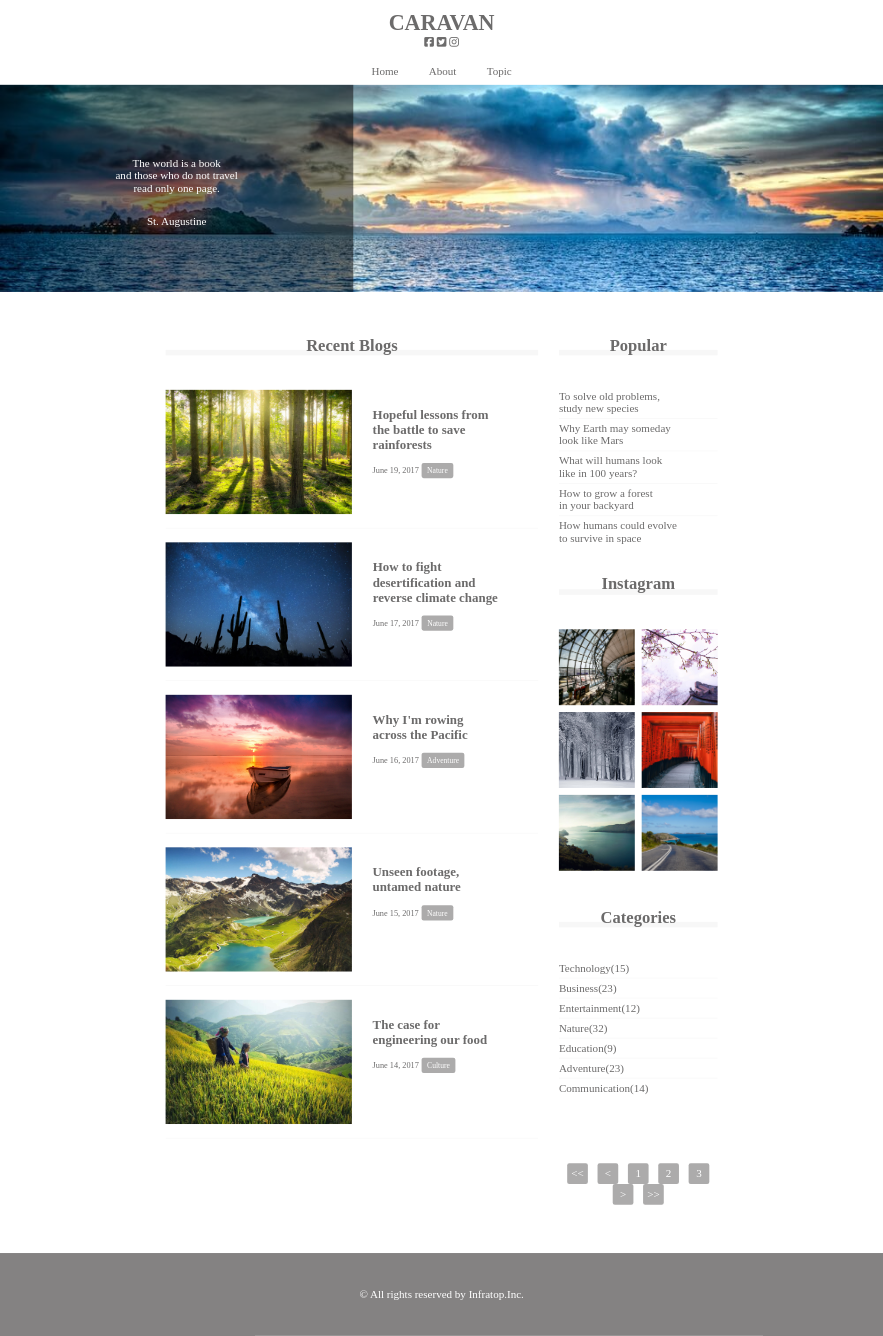
Repository: Hirotaka-DWC/dmm_webcamp_task_1
Page: caravan/index.html
The author's editor kept a record of every edit. The page is drawn from the files as they stood at one moment, then again after the next edit.
The browser window is 1280 px wide. The pictures show the whole page, at 69% of full size.
Some web libraries are served in a nearby version.

Above is the page before.

### caravan/index.html
<!DOCTYPE html>
<html lang="ja">
  <head>
    <meta charset="UTF-8" />
    <meta name="viewport" content="width=device-width,initial-scale=1.0">
    <script src="https://kit.fontawesome.com/d6fdb5c676.js" crossorigin="anonymous"></script>
    <!-- CSSファイルの読み込み -->
    <link rel="stylesheet" href="style.css" />
    <title>CARAVAN</title>
  </head>

  <body>
    <!-- header -->
    <header>
      <h1 class="heading">
        <a href="index.html">
          CARAVAN
        </a>
      </h1>
       <div class="social">
             <i class="fab fa-facebook-square"></i>
    <i class="fab fa-twitter-square"></i>
    <i class="fab fa-instagram"></i>
       </div>
    </header>
        <!-- navigation -->
    <nav>
      <ul class="nav-list">
        <li class="nav-list-item">
          <a href="index.html">Home</a>
        </li>
        <li class="nav-list-item">About</li>
        <li class="nav-list-item">Topic</li>
      </ul>
    </nav>
    <div class="main-visual">
      <div class="main-visual-content">
        <p class="main-visual-text">
          The world is a book<br />
          and those who do not travel<br />
          read only one page.
        </p>
        <p class="main-visual-name">
          St. Augustine
        </p>
      </div>
    </div>
    <main>
      <section class="blog">
        <h2 class="blog-heading">Recent Blogs</h2>
                        <div class="blog-box">
          <div class="blog-item">
            <img class="blog-image" src="img/forest.jpg" />
            <section class="blog-text">
              <h3 class="blog-text-heading">
                <a href="single.html">
                  Hopeful lessons from<br>
                  the battle to save<br>
                  rainforests
                </a>
              </h3>
              <p class="blog-date">June 19, 2017</p>
              <span class="category">Nature</span>
            </section>
          </div>
          <div class="blog-item">
            <img class="blog-image" src="img/desert.jpg" />
            <section class="blog-text">
              <h3 class="blog-text-heading">
                <a href="single.html">
                  How to fight<br>
                  desertification and<br>
                  reverse climate change
                </a>
              </h3>
              <p class="blog-date">June 17, 2017</p>
              <span class="category">Nature</span>
            </section>
          </div>
          <div class="blog-item">
            <img class="blog-image" src="img/sunset.jpg" />
            <section class="blog-text">
              <h3 class="blog-text-heading">
                <a href="single.html">
                  Why I'm rowing<br>
                  across the Pacific
                </a>
              </h3>
              <p class="blog-date">June 16, 2017</p>
              <span class="category">Adventure</span>
            </section>
          </div>
          <div class="blog-item">
            <img class="blog-image" src="img/italy.jpg" />
            <section class="blog-text">
              <h3 class="blog-text-heading">
                <a href="single.html">
                  Unseen footage,<br>
                  untamed nature
                </a>
              </h3>
              <p class="blog-date">June 15, 2017</p>
              <span class="category">Nature</span>
            </section>
          </div>
          <div class="blog-item">
            <img class="blog-image" src="img/asia.jpg" />
            <section class="blog-text">
              <h3 class="blog-text-heading">
                <a href="single.html">
                  The case for<br>
                  engineering our food
                </a>
              </h3>
              <p class="blog-date">June 14, 2017</p>
              <span class="category">Culture</span>
            </section>
          </div>
        </div>
      </section>
            <div class="sidebar">
        <section class="popular">
          <h2 class="popular-heading common-heading">Popular</h2>
          <div class="sidebar-contents">
            <p class="popular-text">To solve old problems,<br>study new species</p>
            <p class="popular-text">Why Earth may someday<br>look like Mars</p>
            <p class="popular-text">What will humans look<br>like in 100 years?</p>
            <p class="popular-text">How to grow a forest<br>in your backyard</p>
            <p class="popular-text">How humans could evolve<br>to survive in space</p>
          </div>
        </section>
        <section class="instagram">
          <h2 class="instagram-heading common-heading">Instagram</h2>
          <div class="sidebar-contents">
            <div class="instagram-box"></div>
            <div class="instagram-box"></div>
            <div class="instagram-box"></div>
            <div class="instagram-box"></div>
            <div class="instagram-box"></div>
            <div class="instagram-box"></div>
          </div>
        </section>
        <section class="categories">
          <h2 class="categories-heading common-heading">Categories</h2>
          <div class="sidebar-contents">
            <p class="categories-text">Technology(15)</p>
            <p class="categories-text">Business(23)</p>
            <p class="categories-text">Entertainment(12)</p>
            <p class="categories-text">Nature(32)</p>
            <p class="categories-text">Education(9)</p>
            <p class="categories-text">Adventure(23)</p>
            <p class="categories-text">Communication(14)</p>
          </div>
        </section>
        <div class="pagination">
          <p><<</p>
          <p><</p>
          <p>1</p>
          <p>2</p>
          <p>3</p>
          <p>></p>
          <p>>></p>
        </div>
      </div>
    </main>
    <footer>
      <p class="footer-text">© All rights reserved by Infratop.Inc.</p>
    </footer>
  </body>
</html>

### caravan/style.css
/* ブラウザがそれぞれ持っているCSSをリセットするための記述 */
* {
  margin: 0;
  padding: 0;
  box-sizing: border-box;
  color: #6c6b6b;
}

a {
  text-decoration: none;
}

header {
  width: 90%; /* 横幅90% */
  padding: 15px 0;
  margin: 0 auto;
  text-align: center;
}

header .heading { /* headerタグ内のheadingクラスにのみ反映される */
  font-size: 32px;
}

.nav-list {
  text-align: center;
  padding: 10px 0;
  margin: 0 auto;
}

.nav-list-item {
  list-style: none;
  display: inline-block;
  margin: 0 20px;
}

.main-visual {
  width: 100%; /* 横幅いっぱい */
  height: 300px; /* 高さ300px */
  background-image: url(img/mv.jpg);
  background-size: cover; /* 縦横比を維持したまま背景領域を埋め尽くす */
  background-position: center; /* 背景画像を中央に配置 */
}

.main-visual-content {
  width: 40%; /* 横幅40% */
  height: 300px; /* 親の高さに揃える */
  background-color: rgba( 0, 0, 0, 0.5); /* 背景色を半透明の黒にする */
  padding-top: 105px; /* 上側の内側余白で垂直方向の位置を調整 */
  text-align: center;
}

.main-visual-text {
  color: #fff; /* 文字色を白に変更 */
}

.main-visual-name {
  margin-top: 30px; /* 上側の外側の余白 */
  color: #fff; /* 文字色を白に変更 */
}

main {
  width: 800px; /* 横幅800px */
  display: flex; /* Flexboxの利用 */
  justify-content: center; /* 要素の横並び・中央寄せ */
  margin: 0 auto; /* 要素の中央揃え */
  padding: 70px 0; /* 上下に70px、左右に0pxの内側余白 */
}

.blog {
  width: 540px;
  margin-right: 30px; /* 領域の右側余白 */
}

.blog-heading {
  border-bottom: 8px solid #f7f7f7;
  text-align: center;
  line-height: 0.6;
}

.blog-box {
  padding-top: 50px;
}

.blog-item {
  padding-bottom: 20px;
  margin-bottom: 20px;
  border-bottom: 1px solid #f7f7f7;
  display: flex;
  justify-content: flex-start;
}

.blog-image {
  height: 180px;
}

.blog-text {
  padding: 25px 0 0 30px;
}

.blog-text-heading {
  padding-bottom: 15px;
}

.blog-date {
  font-size: 12px;
  display: inline-block;
}

.category {
  display: inline-block;
  padding: 5px 8px;
  background-color: #acabab;
  border-radius: 3px;
  color: #fff;
  font-size: 11px;
}

.sidebar {
  width: 230px;
}

.common-heading {
  border-bottom: 8px solid #f7f7f7;
  text-align: center;
  line-height: 0.6;
}

.sidebar-contents {
  padding: 50px 0;
}

.popular-text,
.categories-text {
  padding-bottom: 5px;
  border-bottom: 1px solid #f7f7f7;
  margin-bottom: 5px;
}

.popular-text:last-child,
.categories-text:last-child {
  margin: 0;
  padding: 0;
  border: none;
}

.instagram .sidebar-contents {
  display: flex;
  flex-wrap: wrap;
}

.instagram-box {
  width: 110px;
  padding-top: 110px;
  background-size: cover;
  background-position: center;
  margin-bottom: 10px;
}

.instagram-box:nth-child(odd) {
  margin: 0 10px 10px 0;
}

.instagram-box:nth-child(1) {
  background-image: url(img/airport.jpg);
}

.instagram-box:nth-child(2) {
  background-image: url(img/japan.jpg);
}

.instagram-box:nth-child(3) {
  background-image: url(img/snow.jpg);
}

.instagram-box:nth-child(4) {
  background-image: url(img/japan2.jpg);
}

.instagram-box:nth-child(5) {
  background-image: url(img/lake.jpg);
}

.instagram-box:nth-child(6) {
  background-image: url(img/road.jpg);
}

.pagination {
  text-align: center;
  padding-top: 50px;
}

.pagination p {
  display: inline-block;
  width: 30px;
  height: 30px;
  margin: 0 5px;
  color: #fff;
  background-color: #acabab;
  border-radius: 3px;
  line-height: 30px;
}

footer {
  width: 100%;
  height: 120px;
  text-align: center;
  line-height: 120px;
  background-color: #848282;
}

.footer-text {
  color: #fff;
}

After the next edit:
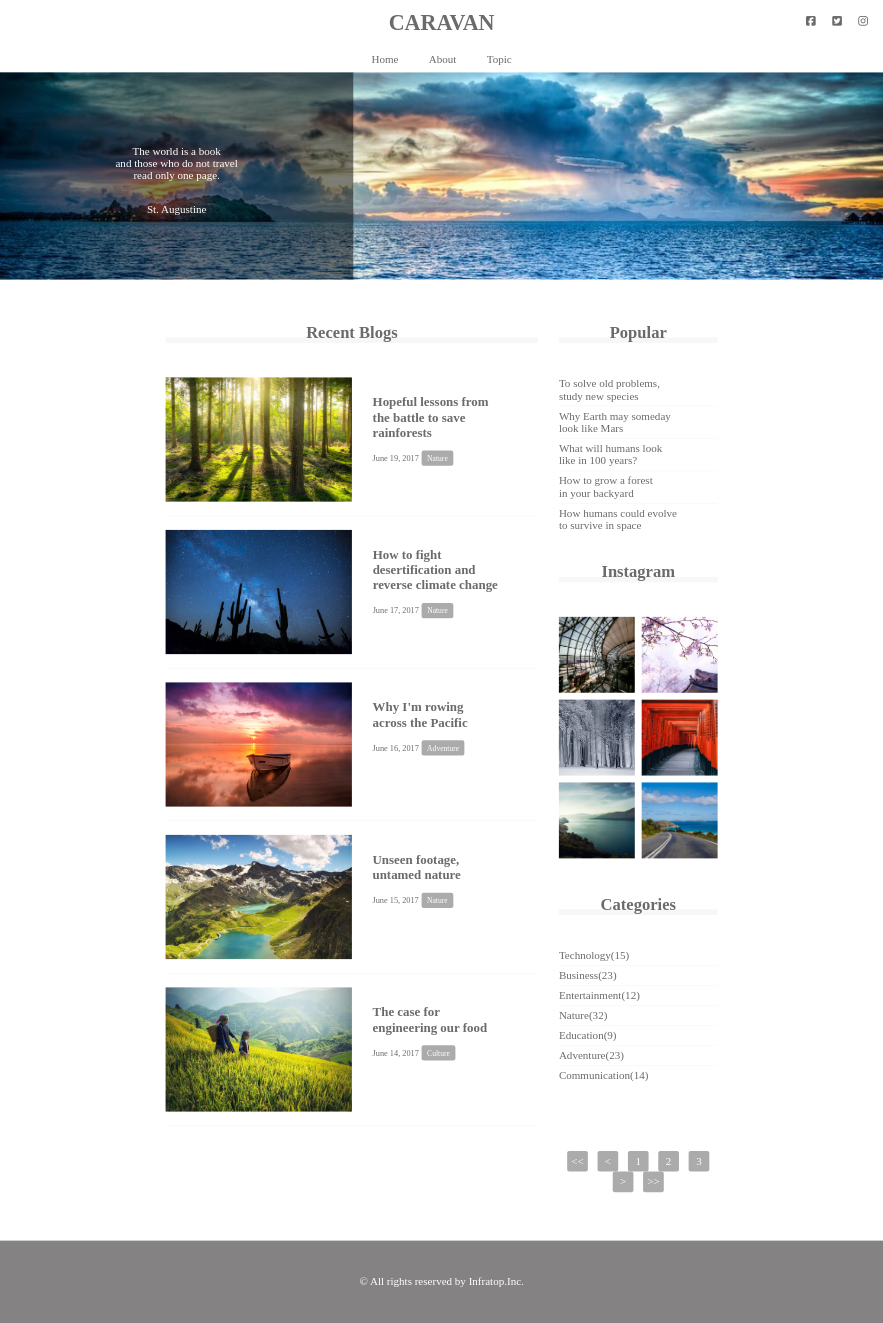
The edit:
--- a/caravan/style.css
+++ b/caravan/style.css
@@ -19,6 +19,17 @@
 
 header .heading { /* headerタグ内のheadingクラスにのみ反映される */
   font-size: 32px;
+}
+
+.social {
+  position: absolute; /* headerの左上を基準に絶対位置で指定する */
+  top: 22px; /* headerの左上から22px下側へ移動する */
+  right: 22px; /* headerの右上から22px左側へ移動する */
+}
+
+.social i {
+  display: inline-block;
+  margin-left: 20px;
 }
 
 .nav-list {
